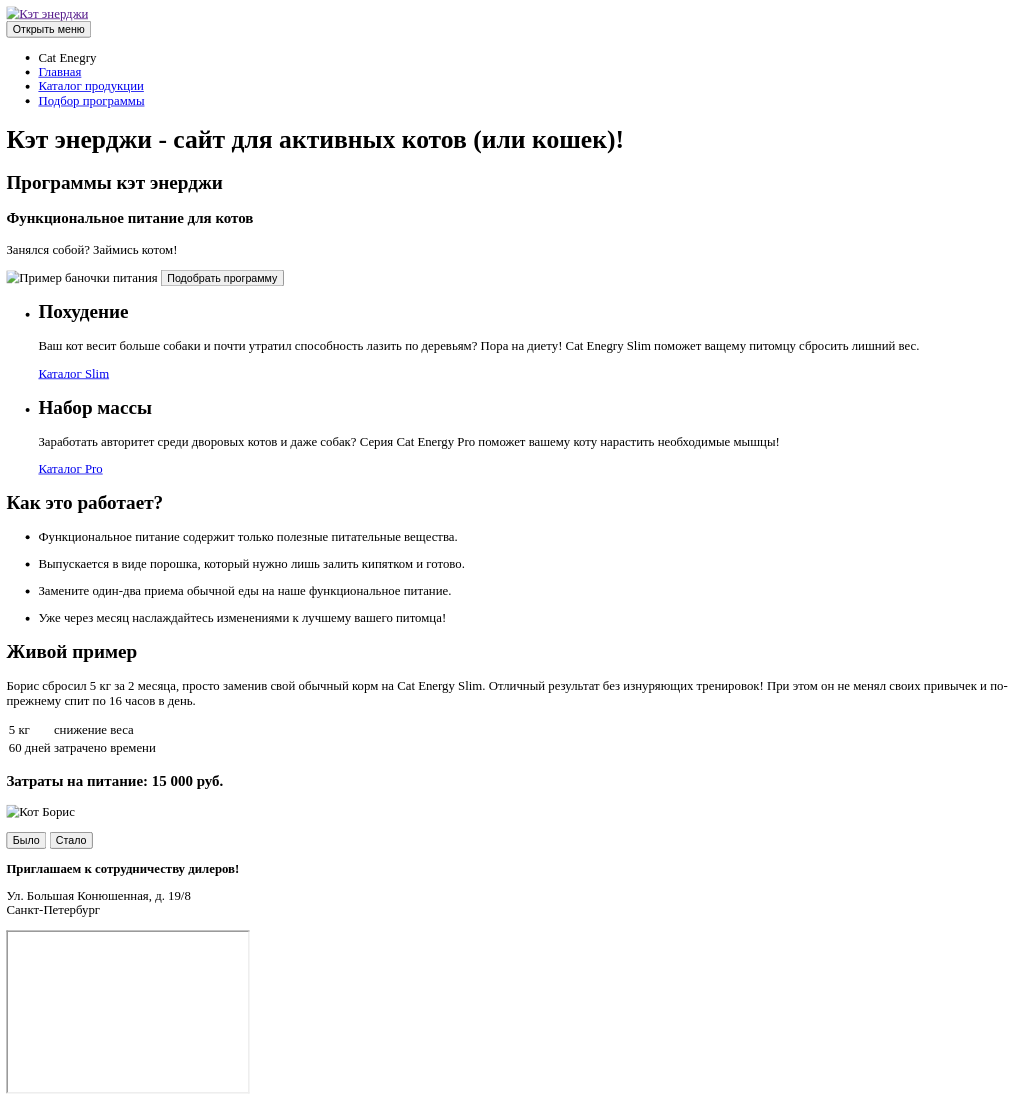
Repository: infernotw/1054987-cat-energy-17
Page: source/index.html
The author's editor kept a copy of each file at every save. The page is drawn from the files as they stood at one save, then again after the next save.
The browser window is 1280 px wide. The pictures show the whole page, at 80% of full size.

Above is the page before, as saved 2019-07-17 04:50:09.

After the next save:
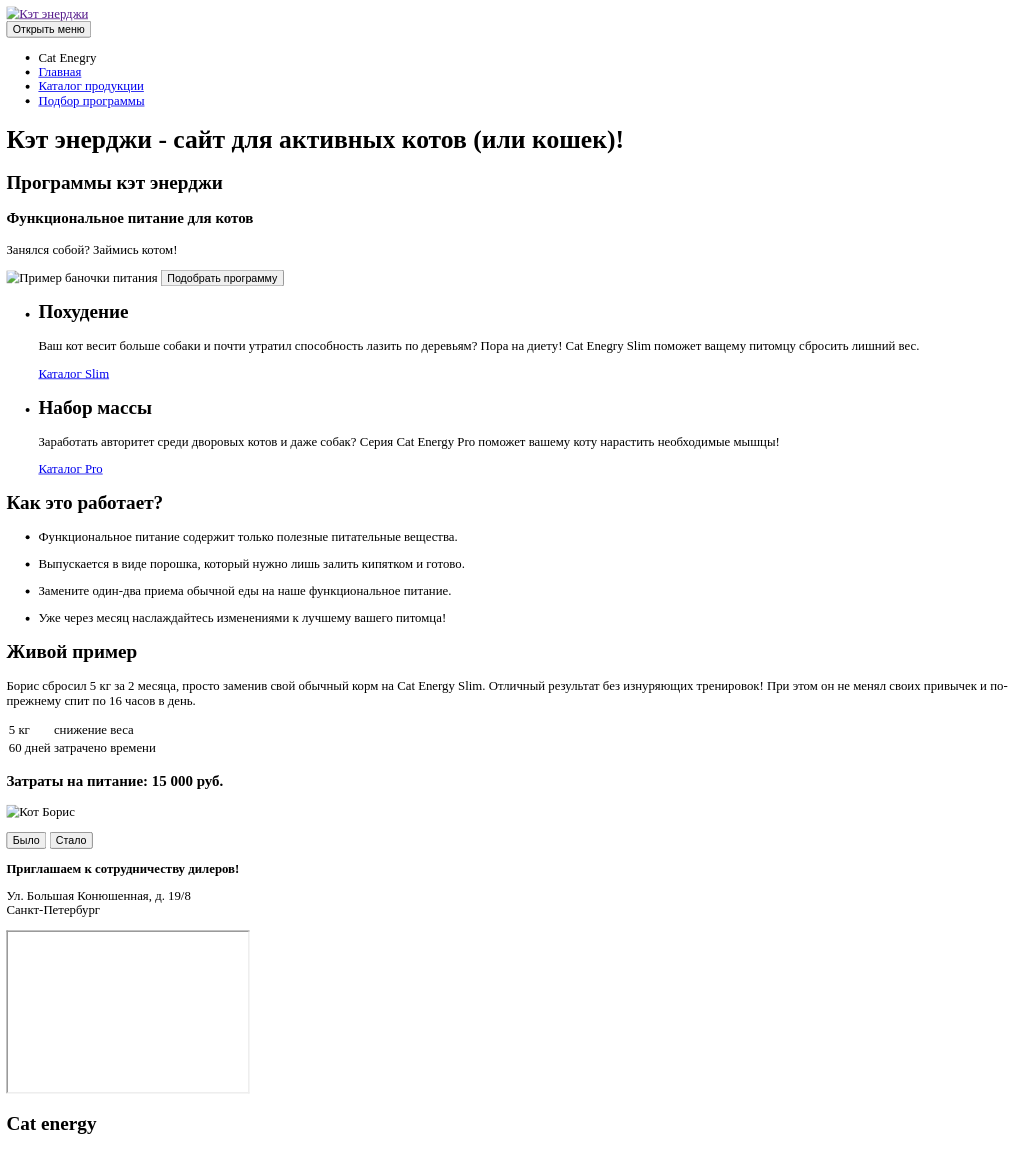
Saved 57 s later.
--- a/source/index.html
+++ b/source/index.html
@@ -115,6 +115,7 @@
       <div class="contacts__map">
         <iframe src="https://yandex.ru/map-widget/v1/-/CCwfVC62" width="300" height="200"></iframe>
       </div>
+      <h2 class="contacts__name">Cat energy</h2>
     </div>
     <div class="page-footer__social social">
 
